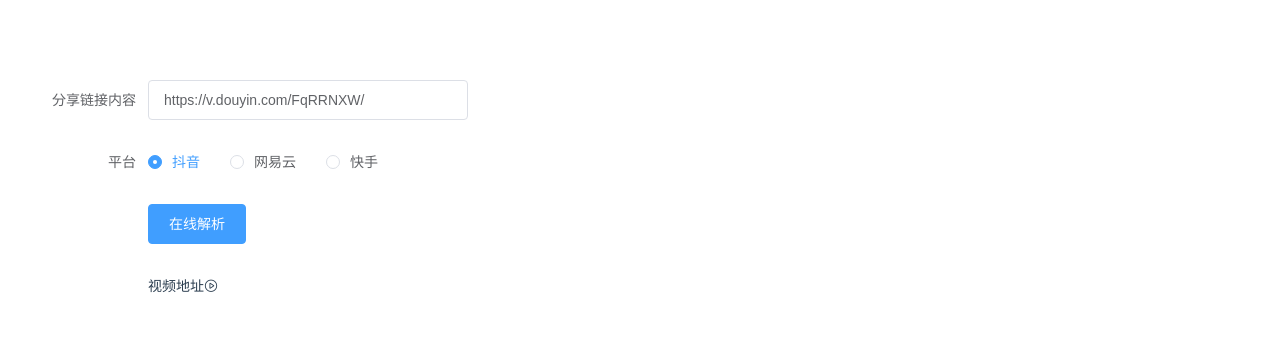
Repository: lyln/freepd
Page: / (app in frontend/freepd/)
The author's editor kept a copy of each file at every save. The page is drawn from the files as they stood at one save, then again after the next save.
The browser window is 1280 px wide. The pictures show the whole page.
The project was rebuilt for these pictures with package versions that can differ from the ones it lists, and the page was loaded fresh each time.

Above is the page before, as saved 2022-05-23 08:52:10.

### frontend/freepd/index.html
<!DOCTYPE html>
<html>
  <head>
    <meta charset="utf-8">
    <meta name="viewport" content="width=device-width,initial-scale=1.0">
    <title>freepd</title>
  </head>
  <body>
    <div id="app"></div>
    <!-- built files will be auto injected -->
  </body>
</html>

### frontend/freepd/src/main.js
// The Vue build version to load with the `import` command
// (runtime-only or standalone) has been set in webpack.base.conf with an alias.
import Vue from 'vue'
import App from './App'
import router from './router'
import ElementUI from 'element-ui';
import 'element-ui/lib/theme-chalk/index.css';

Vue.config.productionTip = false
Vue.use(ElementUI)

/* eslint-disable no-new */
new Vue({
  el: '#app',
  router,
  components: { App },
  template: '<App/>'
})

### frontend/freepd/src/App.vue
<template>
	<div id="app">
		<router-view />
	</div>
</template>

<script>
export default {
	name: 'App',
}
</script>

<style>
#app {
	font-family: 'Avenir', Helvetica, Arial, sans-serif;
	-webkit-font-smoothing: antialiased;
	-moz-osx-font-smoothing: grayscale;
	text-align: center;
	color: #2c3e50;
	margin-top: 60px;
}
</style>

### frontend/freepd/src/components/HelloWorld.vue
<template>
	<el-container>
		<el-main style="wide: 80%">
			<el-row>
				<el-col :span="24">
					<div class="grid-content bg-purple-dark"></div>

					<el-form ref="form" :model="form" label-width="120px" class="fpd-form">
						<el-form-item label="分享链接内容">
							<el-input v-model="form.url"></el-input>
						</el-form-item>
						<el-form-item label="平台" label-width="120px">
							<el-radio-group v-model="form.type">
								<el-radio :label="1">抖音</el-radio>
								<el-radio :label="2">网易云</el-radio>
								<el-radio :label="3">快手</el-radio>
							</el-radio-group>
						</el-form-item>
						<el-form-item>
							<el-button type="primary" @click="onSubmit">在线解析</el-button>
						</el-form-item>
						<el-form-item>
							视频地址<i class="el-icon-video-play"></i> {{data.video.play }}
						</el-form-item>
					</el-form>

				</el-col>
			</el-row>
		</el-main>
	</el-container>

</template>
<script>
import axios from 'axios'
export default {
	name: 'HelloWorld',
	data() {
		return {
			msg: 'free parse download',
			form: {
				url: 'https://v.douyin.com/FqRRNXW/',
				type: 1,
			},
			data: {
				video: { play: '' },
			},
		}
	},
	methods: {
		onSubmit() {
			console.log('submit!')
			axios
				.post('http://127.0.0.1:8000/douyin', { url: this.form.url })
				.then((res) => {
					console.log(res.data)
					this.data = res.data
				})
				.catch((err) => {
					console.log('请求失败', err)
				})
		},
	},
}
</script>

<!-- Add "scoped" attribute to limit CSS to this component only -->
<style scoped>
h1,
h2 {
	font-weight: normal;
}
ul {
	list-style-type: none;
	padding: 0;
}
li {
	display: inline-block;
	margin: 0 10px;
}
a {
	color: #42b983;
}
.el-input {
	width: 320px;
}

.fpd-form {
	text-align: left;
}

.text {
	font-size: 14px;
}

.item {
	padding: 18px 0;
}

.box-card {
	width: 480px;
}
</style>

Loaded but not shown: frontend/freepd/src/router/index.js (common file)

After the next save:
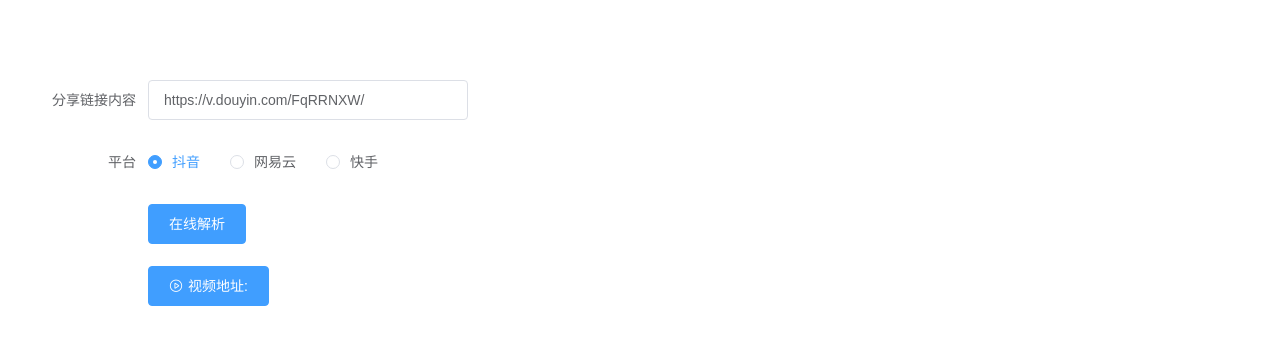
Saved 3 min 43 s later.
--- a/frontend/freepd/src/components/HelloWorld.vue
+++ b/frontend/freepd/src/components/HelloWorld.vue
@@ -20,7 +20,7 @@
 							<el-button type="primary" @click="onSubmit">在线解析</el-button>
 						</el-form-item>
 						<el-form-item>
-							视频地址<i class="el-icon-video-play"></i> {{data.video.play }}
+							<el-button type="primary" icon="el-icon-video-play">视频地址:</el-button> {{data.video.play }}
 						</el-form-item>
 					</el-form>
 
